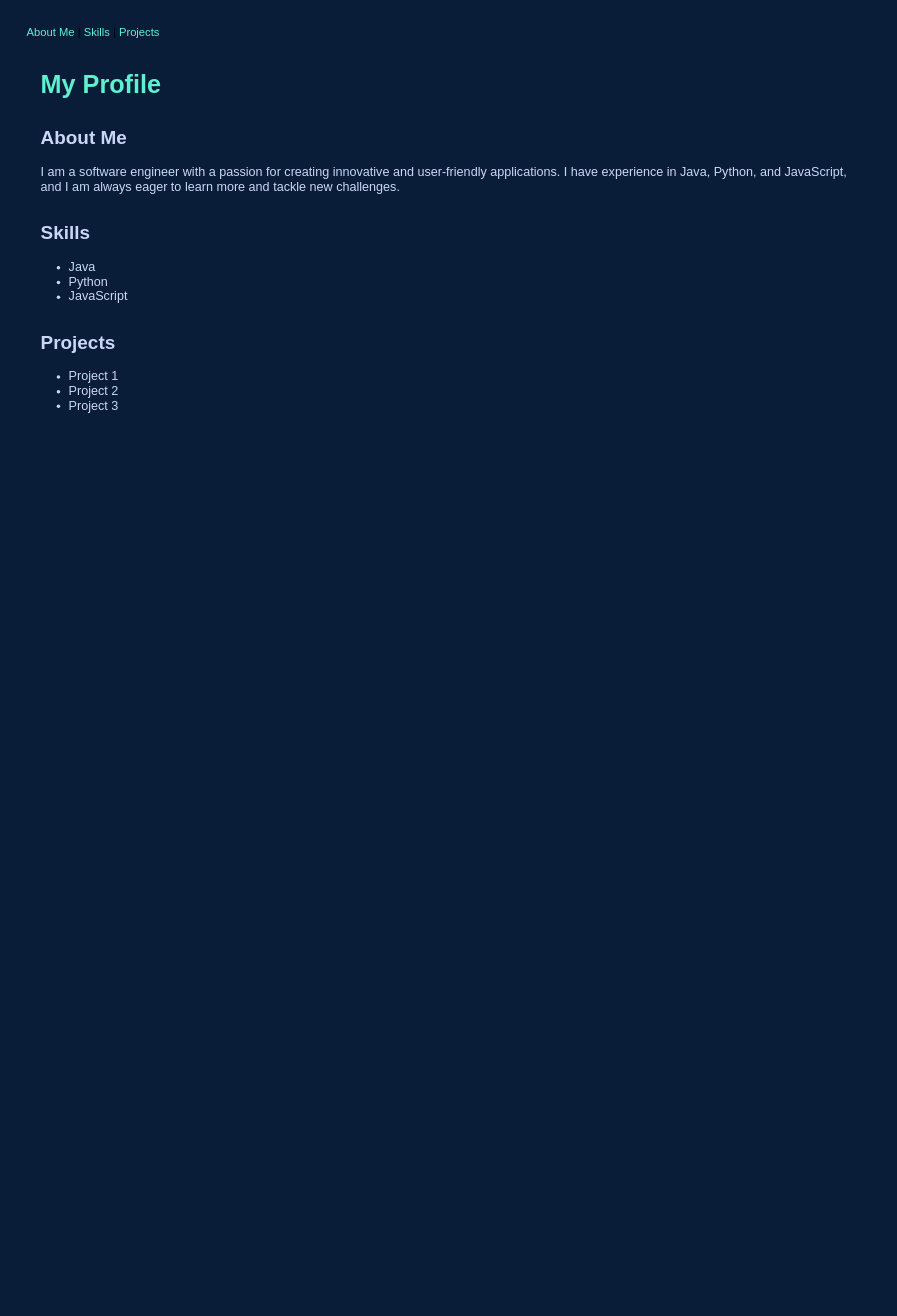
Repository: aoineco/portfolio
Page: index.html
These files come from the project's save history. The page is drawn as it stood at one moment and after the next save; the edit follows.
The browser window is 1280 px wide. The page is 1280 px wide, then 1282 px, so the pictures cover 1282 px, including what lies to the right of the window. The pictures show the part of the page from y = 0 to 1880 px (the page is 15480 px tall before and 15520 px after), at 70% of full size.

Above is the page before, as saved 2023-02-10 11:23:10.
Console error: SyntaxError: Unexpected token '<'

### index.html
<!DOCTYPE html>
<html>

<head>
    <meta charset="UTF-8">
    <title>Kiyomi Masaya</title>
    <link rel="stylesheet" type="text/css" href="style.css">
    <script src="script.js"></script>
</head>

<body>
    <script>
        window.onscroll = function () {
            var header = document.getElementById("header");
            if (window.pageYOffset > 50) {
                header.style.backgroundColor = "white";
                header.style.boxShadow = "0 2px 4px rgba(0, 0, 0, 0.1)";
                header.style.padding = "10px";
                header.style.position = "fixed";
                header.style.top = "0";
                header.style.width = "100%";
            } else {
                header.style.backgroundColor = "transparent";
                header.style.boxShadow = "none";
                header.style.padding = "20px";
                header.style.position = "relative";
            }
        };
    </script>
    <header>
        <nav>
            <a href="#about-me">About Me</a> |
            <a href="#skills">Skills</a> |
            <a href="#projects">Projects</a>
        </nav>
    </header>
    <main>
        <h1>My Profile</h1>
        <section id="about-me">
            <h2>About Me</h2>
            <p>I am a software engineer with a passion for creating innovative and user-friendly applications. I have
                experience in Java, Python, and JavaScript, and I am always eager to learn more and tackle new challenges.
            </p>
        </section>
        <section id="skills">
            <h2>Skills</h2>
            <ul>
                <li>Java</li>
                <li>Python</li>
                <li>JavaScript</li>
            </ul>
        </section>
        <section id="projects">
            <h2>Projects</h2>
            <ul>
                <li>Project 1</li>
                <li>Project 2</li>
                <li>Project 3</li>
            </ul>
        </section>
        <br><br><br><br><br><br><br><br><br><br><br><br><br><br><br><br><br><br><br><br><br><br><br><br><br><br><br><br><br><br><br><br><br><br><br><br><br><br><br><br><br><br><br><br><br><br><br><br><br><br><br><br><br><br><br><br><br><br><br><br><br><br><br><br><br><br><br><br><br><br><br><br><br><br><br><br><br><br><br><br><br><br><br><br><br><br><br><br><br><br><br><br><br><br><br><br><br><br><br><br><br><br><br><br><br><br><br><br><br><br><br><br><br><br><br><br><br><br><br><br><br><br><br><br><br><br><br><br><br><br><br><br><br><br><br><br><br><br><br><br><br><br><br><br><br><br><br><br><br><br><br><br><br><br><br><br><br><br><br><br><br><br><br><br><br><br><br><br><br><br><br><br><br><br><br><br><br><br><br><br><br><br><br><br><br><br><br><br><br><br><br><br><br><br><br><br><br><br><br><br><br><br><br><br><br><br><br><br><br><br><br><br><br><br><br><br><br><br><br><br><br><br><br><br><br><br><br><br><br><br><br><br><br><br><br><br><br><br><br><br><br><br><br><br><br><br><br><br><br><br><br><br><br><br><br><br><br><br><br><br><br><br><br><br><br><br><br><br><br><br><br><br><br><br><br><br><br><br><br><br><br><br><br><br><br><br><br><br><br><br><br><br><br><br><br><br><br><br><br><br><br><br><br><br><br><br><br><br><br><br><br><br><br><br><br><br><br><br><br><br><br><br><br><br><br><br><br><br><br><br><br><br><br><br><br><br><br><br><br><br><br><br><br><br><br><br><br><br><br><br><br><br><br><br><br><br><br><br><br><br><br><br><br><br><br><br><br><br><br><br><br><br><br><br><br><br><br><br><br><br><br><br><br><br><br><br><br><br><br><br><br><br><br><br><br><br><br><br><br><br><br><br><br><br><br><br><br><br><br><br><br><br><br><br><br><br><br><br><br><br><br><br><br><br><br><br><br><br><br><br><br><br><br><br><br><br><br><br><br><br><br><br><br><br><br><br><br><br><br><br><br><br><br><br><br><br><br><br><br><br><br><br><br><br><br><br><br><br><br><br><br><br><br><br><br><br><br><br><br><br><br><br><br><br><br><br><br><br><br><br><br><br><br><br><br><br><br><br><br><br><br><br><br><br><br><br><br><br><br><br><br><br><br><br><br><br><br><br><br><br><br><br><br><br><br><br><br><br><br><br><br><br><br><br><br><br><br><br><br><br><br><br><br><br><br><br><br><br><br><br><br><br><br><br><br><br><br><br><br><br><br><br><br><br><br><br><br><br><br><br><br><br><br><br><br><br><br><br><br><br><br><br><br><br><br><br><br><br><br><br><br><br><br><br><br><br><br><br><br><br><br><br><br><br><br><br><br><br><br><br><br><br><br><br><br><br><br><br><br><br><br><br><br><br><br><br><br><br><br><br><br><br><br><br><br><br><br><br><br><br><br><br><br><br><br><br><br><br><br><br><br><br><br><br><br><br><br><br><br><br><br><br><br><br><br><br><br><br><br><br><br><br><br><br><br><br><br><br><br><br><br><br><br><br><br><br><br><br><br><br><br><br><br><br><br><br><br><br><br><br><br><br><br><br><br><br><br><br><br><br><br><br><br><br><br><br><br><br><br><br><br><br><br><br><br><br><br><br><br><br><br><br><br><br><br><br><br><br><br><br><br><br><br><br><br><br><br><br><br><br><br><br><br><br><br><br><br><br><br><br><br><br><br><br><br><br><br><br><br><br><br><br><br><br><br><br><br><br><br><br><br><br><br><br><br><br><br><br><br><br><br><br><br><br><br><br><br><br><br><br><br><br><br><br><br><br><br><br><br><br><br><br><br><br><br><br><br><br><br>
        <p>aa</p>
    </main>
</body>

</html>

### style.css
body {
  font-family: Arial, sans-serif;
  padding: 30px;
  background-color: #0a1d38;
}
h1 {
    font-size: 36px;
    margin-bottom: 20px;
    color: #5ff0d0;

}
section {
    font-size: 18px;
    margin-bottom: 20px;
    color: #ccd6f6;
}
nav a {
    color: #5ff0d0;
    text-decoration: none;
}

main {
    padding: 20px;
}

section {
    margin: 40px 0;
}

### script.js
<script>
    window.onscroll = function() {
        var header = document.querySelector("header");
        if (window.pageYOffset > 50) {
            header.style.backgroundColor = "white";
            header.style.boxShadow = "0 2px 4px rgba(0, 0, 0, 0.1)";
            header.style.padding = "10px";
            header.style.position = "fixed";
            header.style.top = "0";
            header.style.width = "100%";
        }else {
            header.style.backgroundColor = "transparent";
            header.style.boxShadow = "none";
            header.style.padding = "20px";
            header.style.position = "relative";
        }
    };
</script>

After the next save:
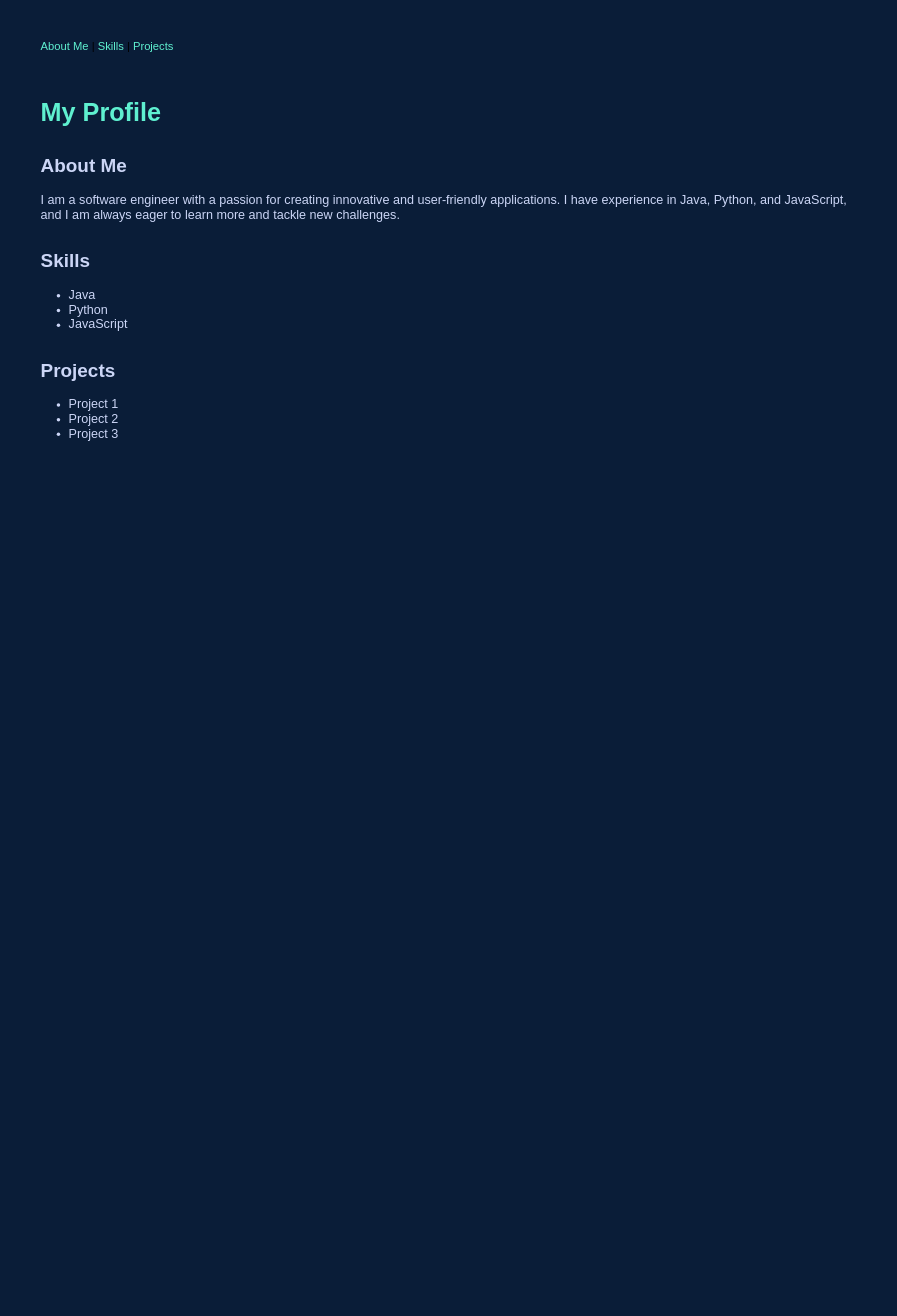
Saved 83 s later.
--- a/index.html
+++ b/index.html
@@ -11,7 +11,7 @@
 <body>
     <script>
         window.onscroll = function () {
-            var header = document.getElementById("header");
+            var header = document.querySelector("header");
             if (window.pageYOffset > 50) {
                 header.style.backgroundColor = "white";
                 header.style.boxShadow = "0 2px 4px rgba(0, 0, 0, 0.1)";
